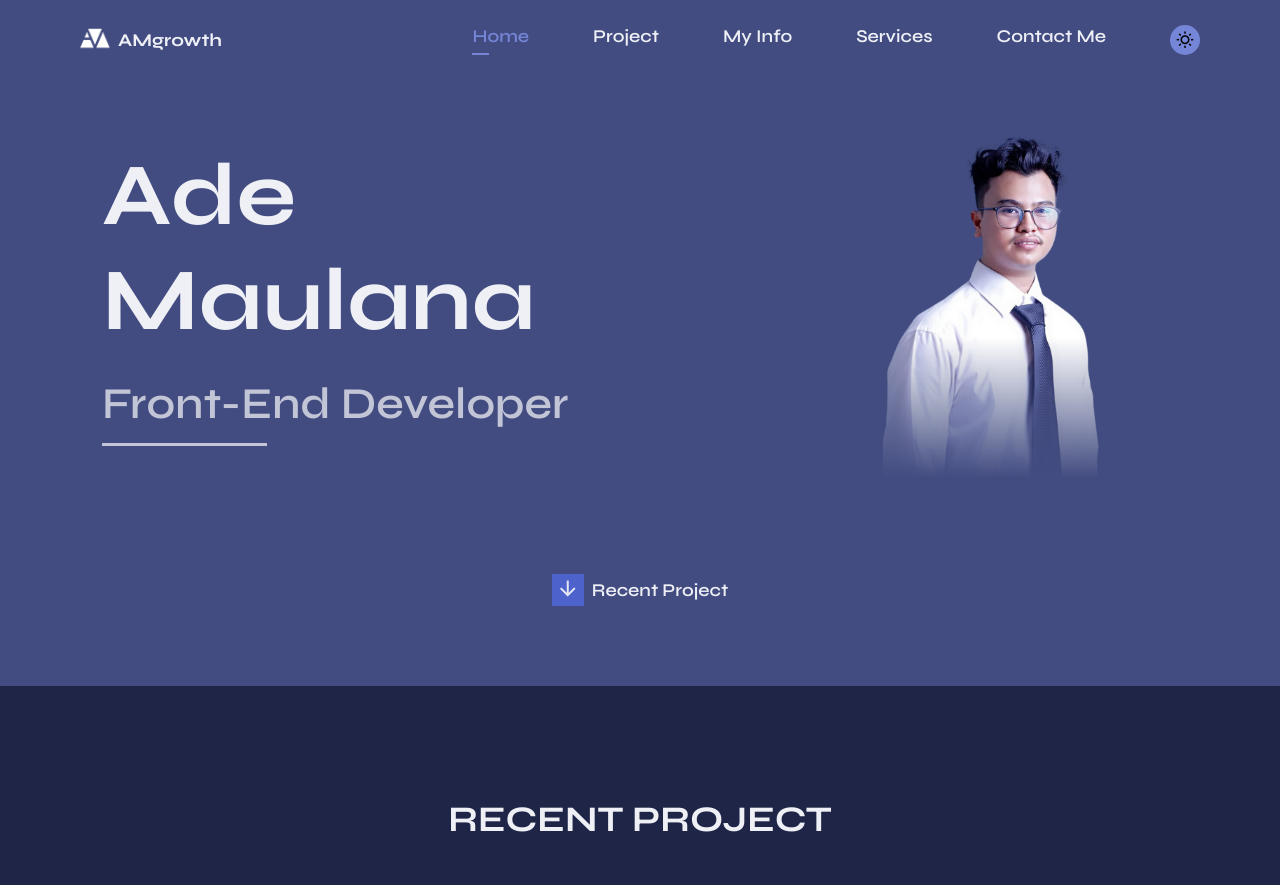
Repository: Ademaulana100499/portofolio
Page: index.html
The author's editor kept a copy of each file at every save. The page is drawn from the files as they stood at one save, then again after the next save.
The browser window is 1280 px wide. The pictures show the part of the page from y = 0 to 885 px (the page is 6336 px tall).
A picture or video elsewhere on the page could not be fetched, so the positions and the page height are approximate. Some web fonts or font styles are not loaded; a fallback is used.

Above is the page before, as saved 2024-12-02 14:17:35.

After the next save:
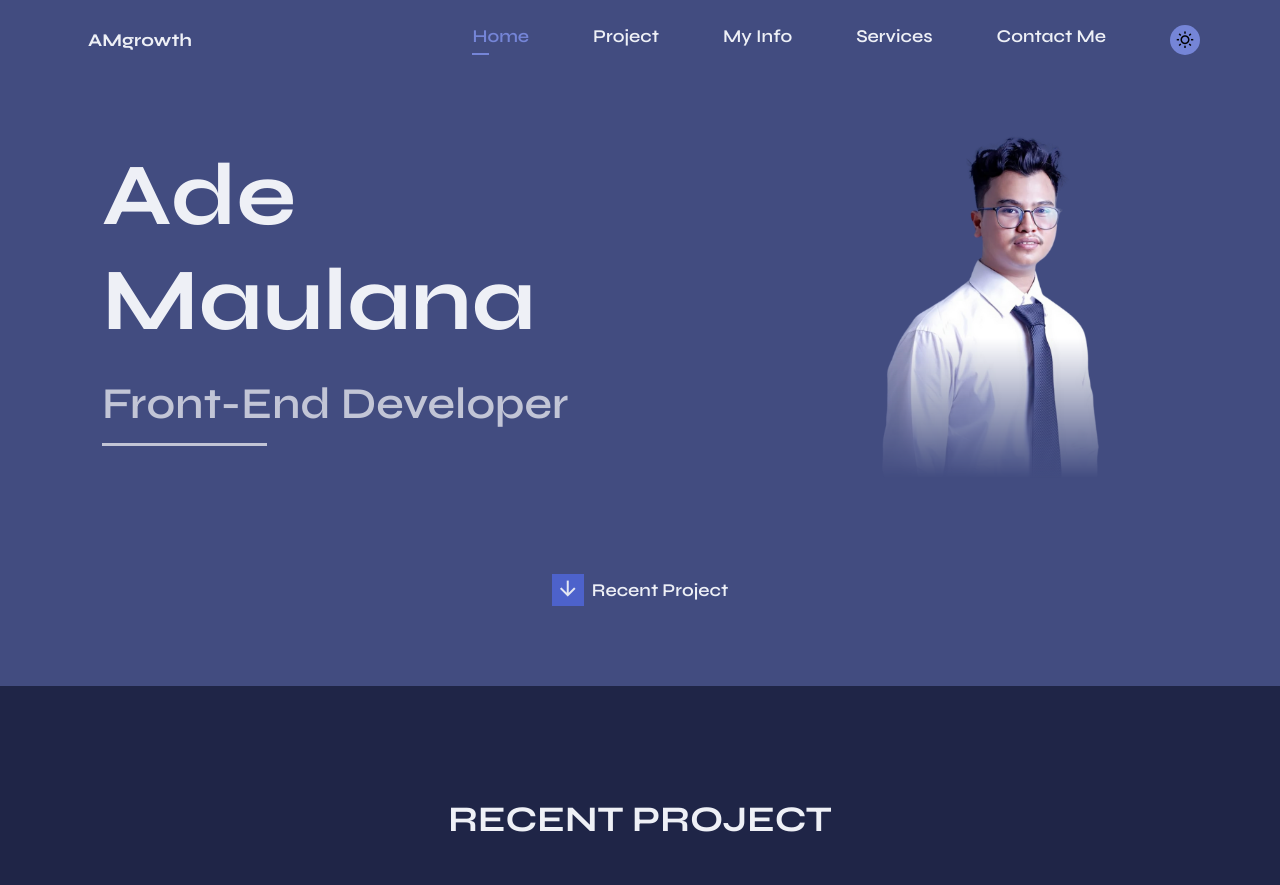
Saved 64 s later.
--- a/index.html
+++ b/index.html
@@ -16,11 +16,8 @@
     <header class="header" id="header">
       <nav class="nav container">
         <a href="#" class="nav__logo">
-          <img
-            src="assets/img/Logo White.png"
-            alt="logo"
-            class="nav__logo-img"
-          />AMgrowth</a
+          <div class="logo__img"></div>
+          AMgrowth</a
         >
         <div class="nav__menu" id="nav-menu">
           <ul class="nav__list">
